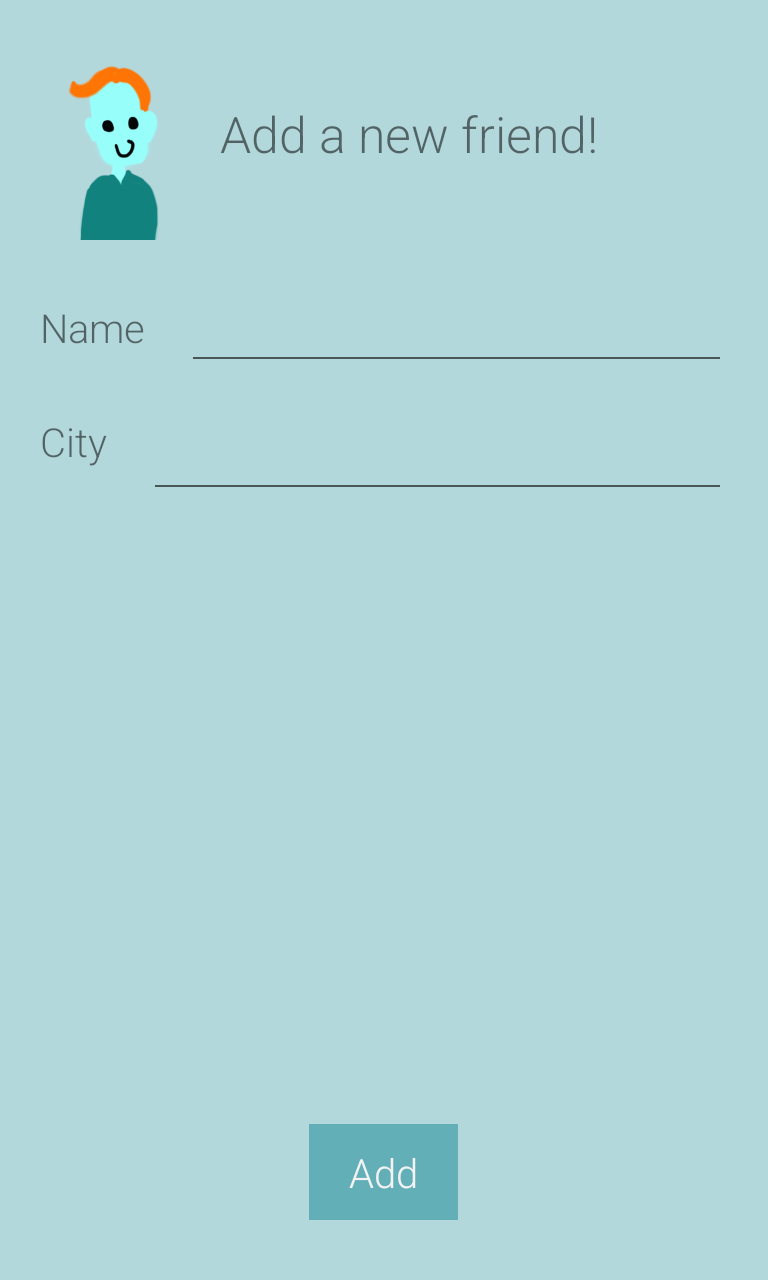
Repository: hinasakazaki/WeatherWithFriends
Layout: WeatherWithFriends/res/layout/add_fragment.xml
These files come from the project's save history. The layout is drawn as it stood at one moment and after the next save; the edit follows.
It is drawn on a 768 x 1280 px phone screen (xhdpi) without system bars, with theme AppTheme; the app's code is not run.

Above is the layout before, as saved 2014-06-10 21:58:32.

### WeatherWithFriends/res/layout/add_fragment.xml
<?xml version="1.0" encoding="utf-8"?>
<RelativeLayout xmlns:android="http://schemas.android.com/apk/res/android"
    android:layout_width="match_parent"
    android:layout_height="match_parent"
    android:orientation="vertical"
    android:background="#b3d8dc" >

    <!-- first row -->
	   <ImageView android:id="@+id/icon"
        android:layout_width="100dp"
        android:layout_height="100dp"
        android:layout_alignParentTop="true"
        android:layout_marginTop="20dp"
        android:layout_marginLeft="10dp"
        android:src="@drawable/mike"
        />
	   <TextView
    	    android:id="@+id/title"
    	    android:layout_width="wrap_content"
    	    android:layout_height="wrap_content"
    	    android:layout_toRightOf="@+id/icon"
    	    android:text="Add a new friend!"
    	    android:textSize="25dp"
    	    android:layout_marginTop="50dp"/>

	<!--  second row -->

	   <TextView
    	    android:id="@+id/Name"
    	    android:layout_width="wrap_content"
    	    android:layout_height="wrap_content"
    	    android:layout_alignParentLeft="true"
    	    android:layout_below="@id/icon"
    	    android:textSize="20dp"
    	    android:text="Name"
    	    android:layout_marginTop="30dp"
    	    android:layout_marginLeft="20dp"
    	   />
	   <EditText
	       android:id="@+id/nameEdit"
	        android:layout_width="wrap_content"
    	    android:layout_height="wrap_content"
    	    android:layout_alignParentRight="true"
    	    android:layout_toRightOf="@id/Name"
    	    android:layout_below="@id/title"
    	    android:textSize="20dp"
    	    android:layout_marginTop="60dp"
    	    android:layout_marginLeft="20dp"
    	     android:layout_marginRight="20dp"
    	    />

	 <!-- third row -->

	   <TextView
    	    android:id="@+id/city"
    	    android:layout_width="wrap_content"
    	    android:layout_height="wrap_content"
    	    android:layout_alignParentLeft="true"
    	    android:layout_below="@id/Name"
    	    android:textSize="20dp"
    	    android:text="City"
    	    android:layout_marginTop="30dp"
    	    android:layout_marginLeft="20dp"/>

	   <EditText
	       android:id="@+id/cityEdit"
	        android:layout_width="wrap_content"
    	    android:layout_height="wrap_content"
    	    android:layout_alignParentRight="true"
    	    android:layout_toRightOf="@id/city"
    	    android:layout_below="@id/nameEdit"
    	     android:textSize="20dp"
    	     android:layout_marginTop="20dp"
    	     android:layout_marginLeft="20dp"
    	      android:layout_marginRight="20dp"
    	    />

    	<Button
            android:id="@+id/addButton"
            android:layout_height="wrap_content"
            android:layout_width="wrap_content"
            android:text="Add"
            android:background = "#62afb8"
            android:textSize="20dp"
            android:paddingLeft="20dp"
            android:paddingRight="20dp"
            android:layout_alignParentBottom="true"
            android:layout_marginBottom="30dp"
            android:layout_centerHorizontal="true"
            />



</RelativeLayout>

### WeatherWithFriends/res/values/styles.xml
<resources>

    <!--
        Base application theme, dependent on API level. This theme is replaced
        by AppBaseTheme from res/values-vXX/styles.xml on newer devices.
    -->
      <style name="AppBaseTheme" parent="android:Theme.Light">
        <!--
            Theme customizations available in newer API levels can go in
            res/values-vXX/styles.xml, while customizations related to
            backward-compatibility can go here.
        -->
    </style>

    <!-- Application theme. -->
    <style name="AppTheme" parent="AppBaseTheme">
        <item name="android:textViewStyle">@style/RobotoTextViewStyle</item>
   		<item name="android:buttonStyle">@style/RobotoButtonStyle</item>
        <!-- All customizations that are NOT specific to a particular API-level can go here. -->
    </style>

    <style name="RobotoTextViewStyle" parent="android:Widget.TextView">
    	<item name="android:fontFamily">sans-serif-light</item>
	</style>

	<style name="RobotoButtonStyle" parent="android:Widget.Holo.Button">
    	<item name="android:fontFamily">sans-serif-light</item>
	</style>
</resources>

Loaded but not shown: WeatherWithFriends/res/values-v11/styles.xml (common file); WeatherWithFriends/res/values-v14/styles.xml (common file)

After the next save:
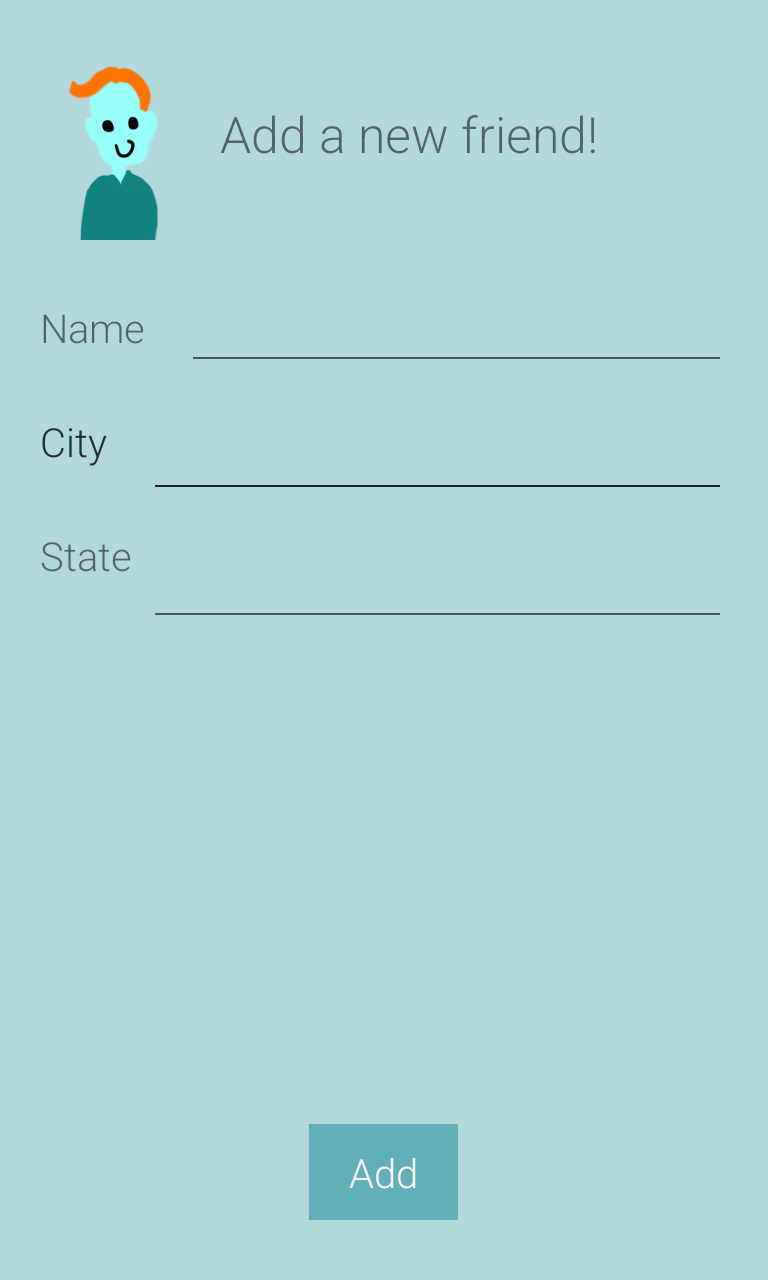
Saved 2 min 10 s later.
--- a/WeatherWithFriends/res/layout/add_fragment.xml
+++ b/WeatherWithFriends/res/layout/add_fragment.xml
@@ -75,6 +75,58 @@
     	      android:layout_marginRight="20dp"
     	    />
 
+	  <!-- fourth row -->
+
+	   <TextView
+    	    android:id="@+id/state"
+    	    android:layout_width="wrap_content"
+    	    android:layout_height="wrap_content"
+    	    android:layout_alignParentLeft="true"
+    	    android:layout_below="@id/city"
+    	    android:textSize="20dp"
+    	    android:text="State"
+    	    android:layout_marginTop="30dp"
+    	    android:layout_marginLeft="20dp"/>
+
+	   <EditText
+	       android:id="@+id/stateEdit"
+	        android:layout_width="wrap_content"
+    	    android:layout_height="wrap_content"
+    	    android:layout_alignParentRight="true"
+    	    android:layout_toRightOf="@id/city"
+    	    android:layout_below="@id/cityEdit"
+    	     android:textSize="20dp"
+    	     android:layout_marginTop="20dp"
+    	     android:layout_marginLeft="20dp"
+    	      android:layout_marginRight="20dp"
+    	    />
+
+	   <!-- fifth row -->
+
+	    <TextView
+    	    android:id="@+id/city"
+    	    android:layout_width="wrap_content"
+    	    android:layout_height="wrap_content"
+    	    android:layout_alignParentLeft="true"
+    	    android:layout_below="@id/Name"
+    	    android:textSize="20dp"
+    	    android:text="City"
+    	    android:layout_marginTop="30dp"
+    	    android:layout_marginLeft="20dp"/>
+
+	   <EditText
+	       android:id="@+id/cityEdit"
+	        android:layout_width="wrap_content"
+    	    android:layout_height="wrap_content"
+    	    android:layout_alignParentRight="true"
+    	    android:layout_toRightOf="@id/city"
+    	    android:layout_below="@id/nameEdit"
+    	     android:textSize="20dp"
+    	     android:layout_marginTop="20dp"
+    	     android:layout_marginLeft="20dp"
+    	      android:layout_marginRight="20dp"
+    	    />
+
     	<Button
             android:id="@+id/addButton"
             android:layout_height="wrap_content"
